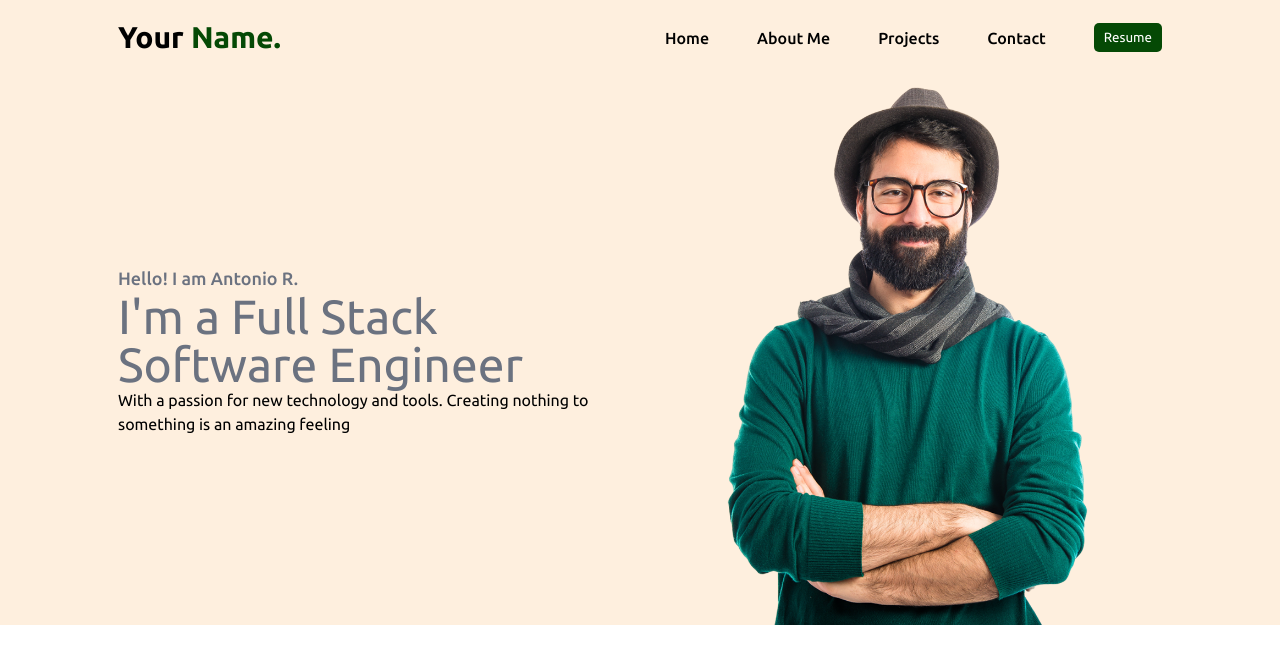
Repository: DevAntonioRogers/vanilla-portfolio
Page: index.html
The author's editor kept a copy of each file at every save. The page is drawn from the files as they stood at one save, then again after the next save.
The browser window is 1280 px wide. The pictures show the whole page.

Above is the page before, as saved 2023-07-14 22:15:57.

### index.html
<!DOCTYPE html>
<html lang="en">
  <head>
    <meta charset="UTF-8" />
    <meta name="viewport" content="width=device-width, initial-scale=1.0" />
    <link rel="stylesheet" href="style.css" />
    <title>Antonio Rogers</title>
  </head>
  <body>
    <nav>
      <div class="container navbar">
        <a href="/" aria-label="Home">
          <h1>Your <span>Name.</span></h1></a
        >
        <ul>
          <li>
            <a href="/" aria-label="Home">Home</a>
          </li>
          <li>
            <a href="/" aria-label="About Me">About Me</a>
          </li>
          <li>
            <a href="/" aria-label="Projects">Projects</a>
          </li>
          <li>
            <a href="/" aria-label="Contact">Contact</a>
          </li>
          <li>
            <a href="/resume.pdf" download aria-label="Download Resume">
              <button class="navbar-button">Resume</button>
            </a>
          </li>
        </ul>
      </div>
    </nav>

    <section class="hero">
      <div class="container hero-container">
        <div class="hero-info">
          <h4>Hello! I am Antonio R.</h4>
          <h1>I'm a Full Stack Software Engineer</h1>
          <p>With a passion for new technology and tools. Creating nothing to something is an amazing feeling</p>
        </div>

        <div class="hero-image-container">
          <img src="hero.png" alt="" />
        </div>
      </div>
    </section>
  </body>
</html>

### style.css
@import url("https://fonts.googleapis.com/css2?family=Ubuntu:wght@300;400;500;700&display=swap");

* {
  box-sizing: border-box;
  padding: 0;
  margin: 0;
  font-family: "Ubuntu", sans-serif;
}

a {
  text-decoration: none;
  color: inherit;
}

li {
  list-style: none;
}

.container {
  width: 89%;
  margin: auto;
  max-width: 1044px;
}

/* NAVBAR STYLING */

nav {
  background: #feefde;
  padding: 20px 0;
}

.navbar {
  display: flex;
  justify-content: space-between;
  align-items: center;
}

.navbar h1 {
  font-size: 30px;
  font-weight: 700;
}

.navbar span {
  color: rgb(5, 73, 5);
}

.navbar ul {
  display: flex;
  align-items: center;
  gap: 3rem;
}

.navbar ul li {
  font-weight: 500;
}

.navbar-button {
  background-color: rgb(5, 73, 5);
  padding: 7px 10px;
  border-radius: 5px;
  color: white;
  border: none;
}

/* HERO STYLES */

.hero {
  background-color: #feefde;
}

.hero-container {
  display: grid;
  grid-template-columns: repeat(2, minmax(0, 1fr));
  align-items: center;
  gap: 1.5rem;
}

.hero-image-container {
  display: flex;
  justify-content: center;
  align-items: center;
}

.hero-info {
  display: flex;
  flex-direction: column;
}

.hero-info h4 {
  font-size: 1.12rem;
  line-height: 1.75rem;
  color: #6b7280;
  font-weight: 500;
}

.hero-info h1 {
  font-size: 3rem;
  line-height: 1;
  color: #6b7280;
  font-weight: 400;
}

.hero-info p {
  font-size: 1rem;
  line-height: 1.5rem;
}

.hero-container img {
  height: 550px;
  position: relative;
}

After the next save:
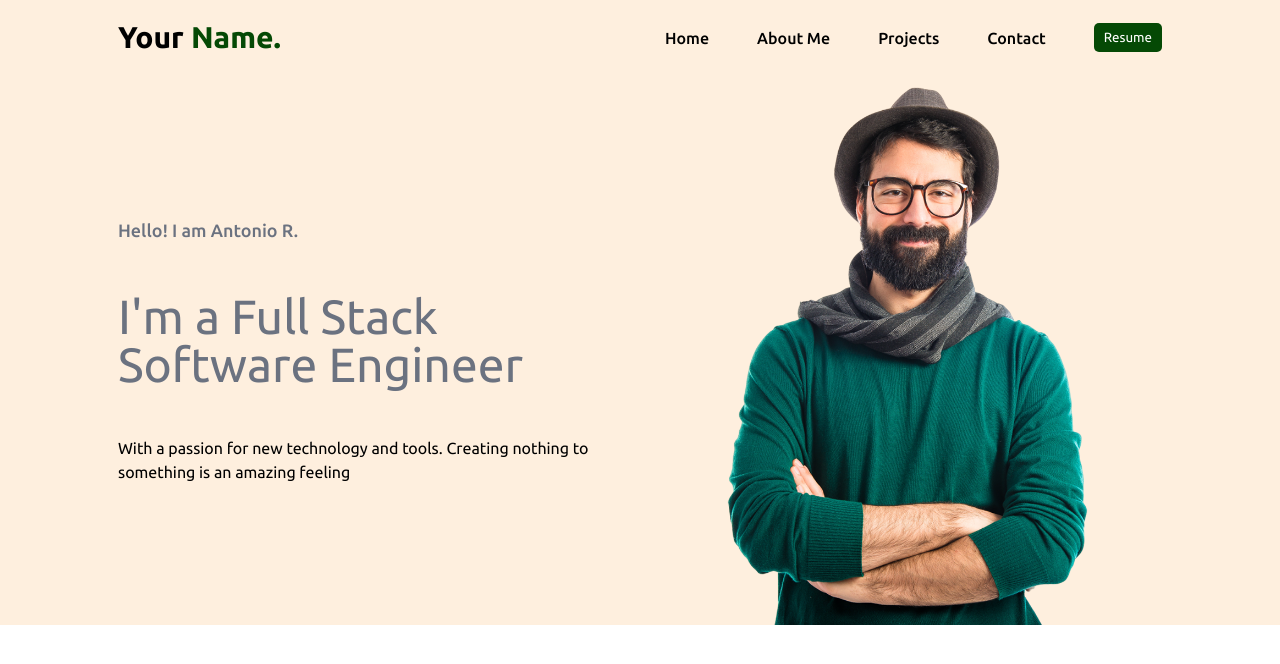
Saved 6 s later.
--- a/style.css
+++ b/style.css
@@ -84,6 +84,7 @@ nav {
 .hero-info {
   display: flex;
   flex-direction: column;
+  gap: 3rem;
 }
 
 .hero-info h4 {
